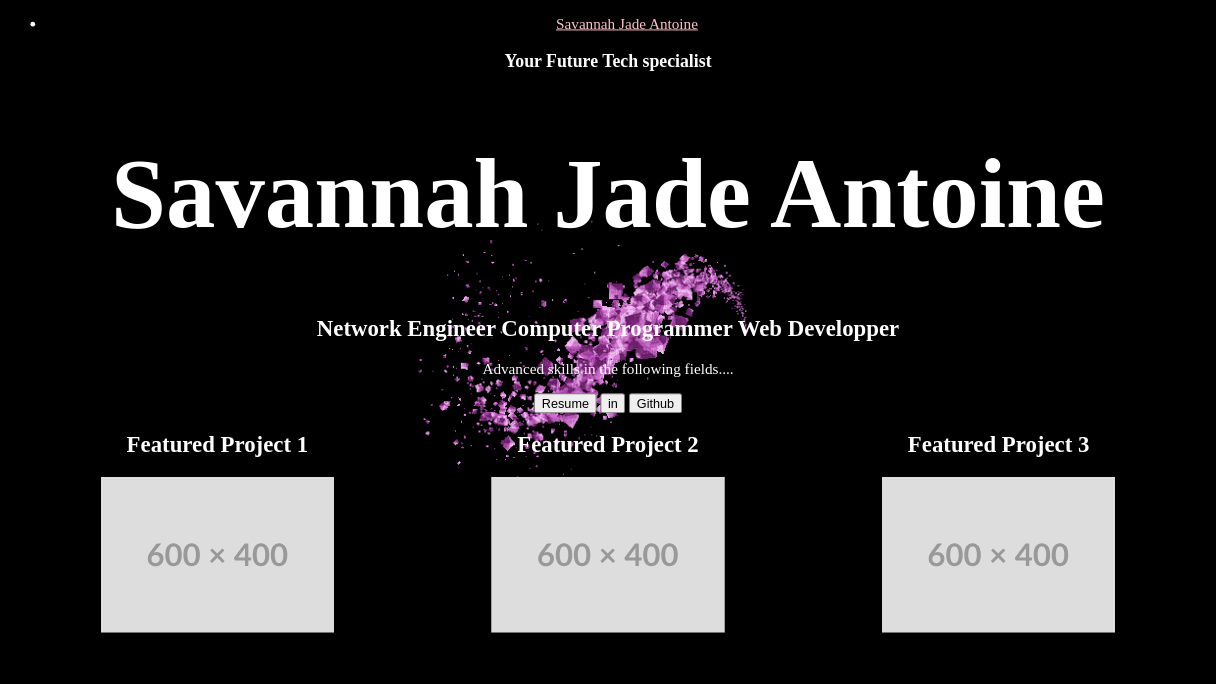
Repository: Savannah-Antoine/Savannah-Antoine
Page: index.html
An editor plug-in stored every save of this project. The page is shown before and after the next save, followed by the edit.
The browser window is 1280 px wide. The pictures show the whole page, at 95% of full size.

Above is the page before, as saved 2026-04-22 23:26:56.

### index.html
<!DOCTYPE html>
<html lang="en">
<head>
    <meta charset="UTF-8">
    <meta name="viewport" content="width=device-width, initial-scale=1.0">
    <link rel = "stylesheet" href = "./styles/index.css" />
    <link rel = "stylesheet" href = "./styles/globals.css" />
    <title>Document</title>
</head>
<body>
<header>
    <nav>
        <ul>
           <li><a  class = "homeButton" href = "index.html">Savannah Jade Antoine</a></li>
        </ul>
</nav>
<h3>Your Future Tech specialist</h3>
<h1> Savannah Jade Antoine</h1>
<h2>Network Engineer Computer Programmer Web Developper</h2>
<p> Advanced skills in the following fields....</p>
<button>Resume</button>
<button>in</button>
<button>Github</button>

</header>
<main class = "container">

<section >
<h2>Featured Project 1</h2>
<img src = "./assets/images/placeholder1.svg" alt = "First Portfolio placeholder image" />

</section>

<section>
<h2>Featured Project 2</h2>
<img src = "./assets/images/placeholder1.svg" alt = "Second Portfolio placeholder image" />
</section>
<section>
<h2>Featured Project 3</h2>
<img src = "./assets/images/placeholder1.svg" alt = "Third Portfolio placeholder image" />
</section>

</main>

</body>
</html>

### styles/index.css
.container{
   display:flex;
   flex-direction:column;
    justify-content: center;
    gap:2rem;


}
body h1{
    font-size: 3rem;

}

img{
    width: 65%;
    height:auto;
}

@media screen and (min-width: 768px)
{
    body h1{
    font-size: 6.5rem;
}
    section{

    width: 30%;
}

    .container{
          display:flex;
          flex-direction: row;
          flex-wrap: wrap;
          justify-content: center;

    }
}

@media screen and (min-width: 1000px)
{

}

### styles/globals.css
body {
    background-color: black;
  background-image: url(/assets/images/background-pic.gif);
  background-repeat: no-repeat;
  background-size: cover;
  color: white;
  font-size: 16px;
  text-align: center;
}



.homeButton{
    text-align:left;
    color:pink;
}

After the next save:
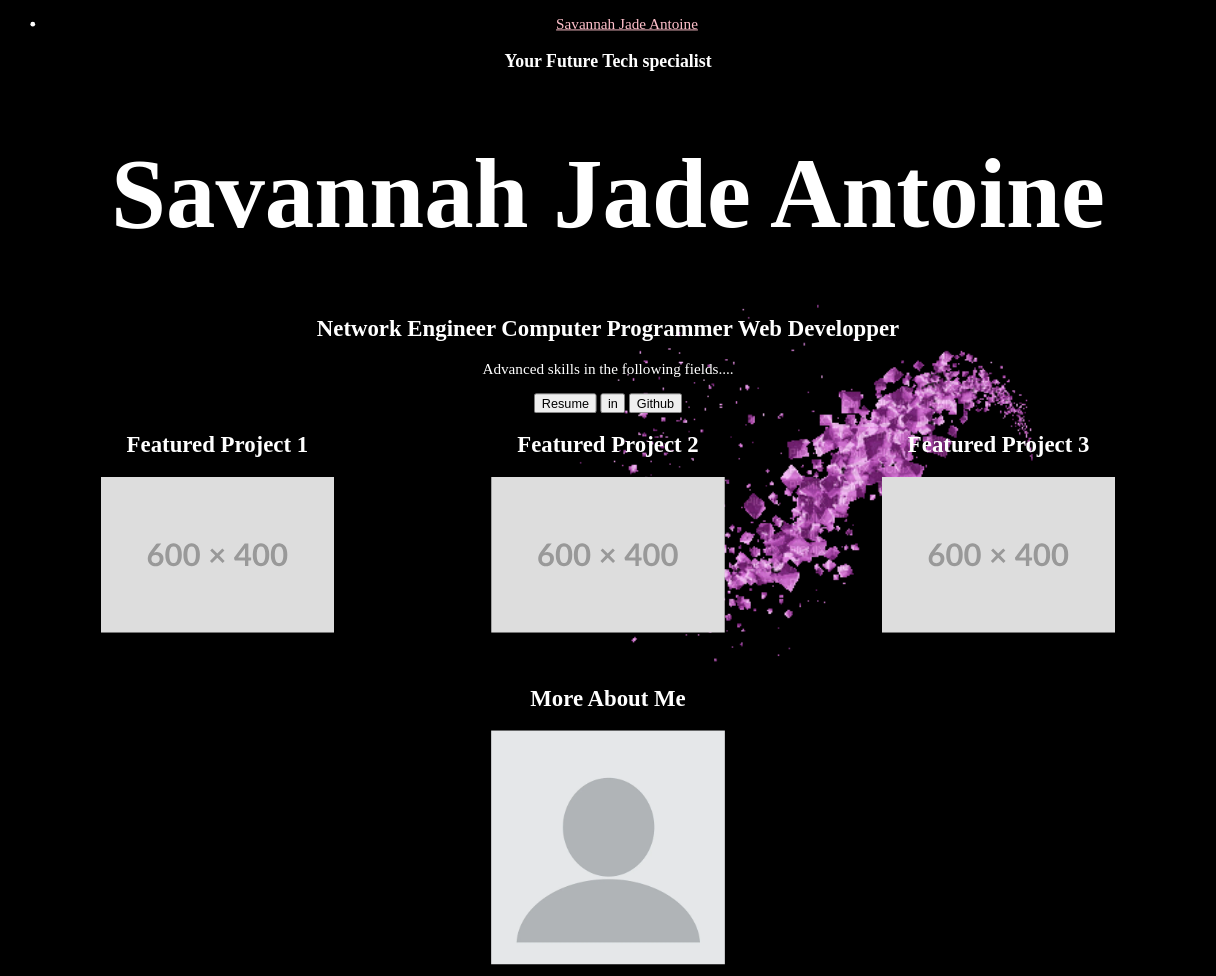
Saved 10 min 16 s later.
--- a/index.html
+++ b/index.html
@@ -40,6 +40,11 @@
 <img src = "./assets/images/placeholder1.svg" alt = "Third Portfolio placeholder image" />
 </section>
 
+<section>
+<h2>More About Me</h2>
+<img src = "./assets/images/profilepic.png" alt = "profile picture" />
+</section>
+
 </main>
 
 </body>
